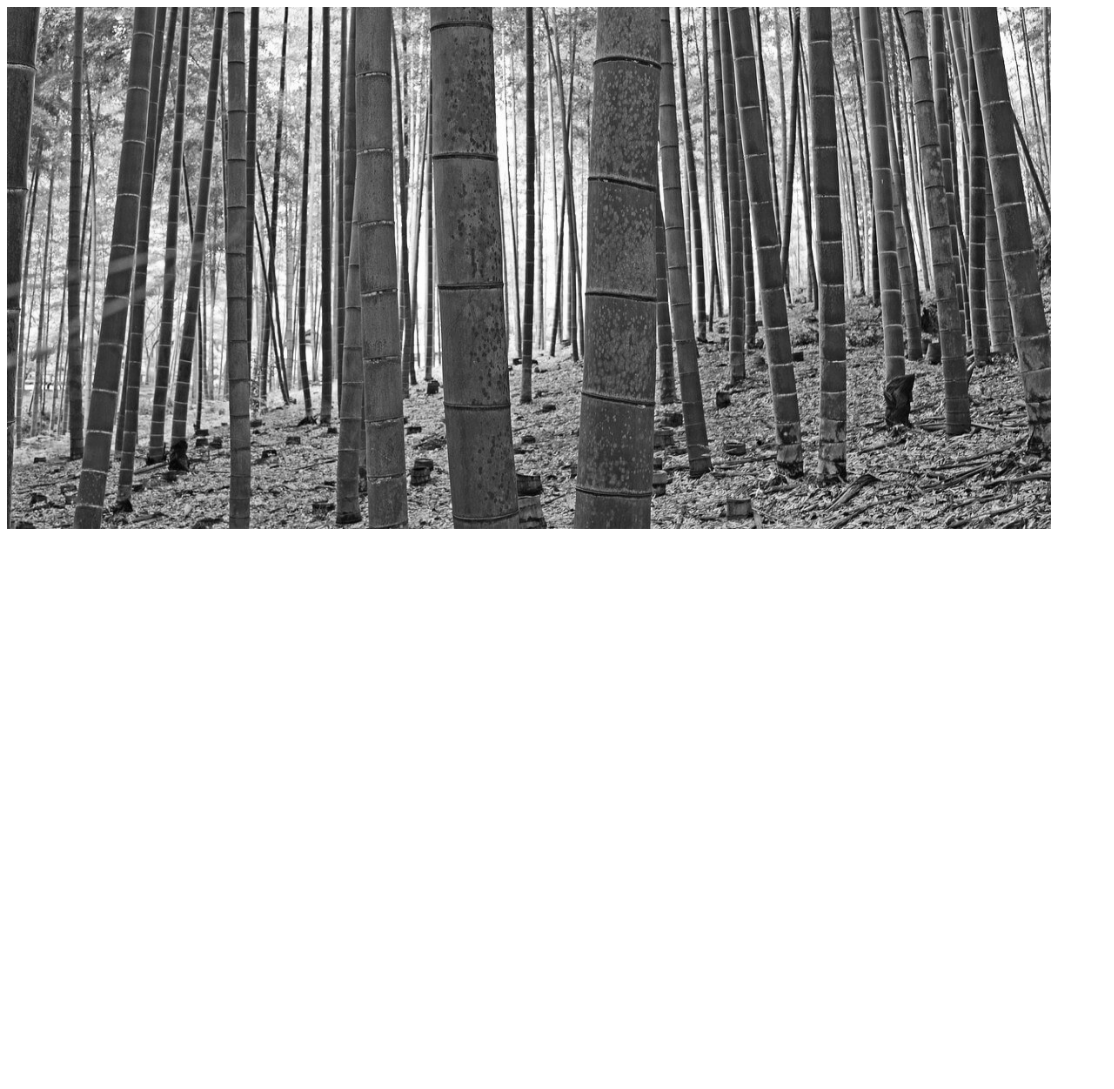
Repository: tanasa-mircea/playground
Page: canvas-filters/index.html
These files come from the project's save history. The page is drawn as it stood at one moment and after the next save; the edit follows.
The browser window is 1280 px wide. The pictures show the whole page, at 87% of full size.

Above is the page before, as saved 2019-02-08 11:24:56.

### canvas-filters/index.html
<!DOCTYPE html>
<html>
<head>
  <meta charset="utf-8">
  <meta http-equiv="X-UA-Compatible" content="IE=edge">
  <title>Page Title</title>
  <meta name="viewport" content="width=device-width, initial-scale=1">
</head>
<body>
  <canvas id="myCanvas"></canvas>
  <img id="bamboo" src="bamboo.jpg" style="visibility: hidden;">

  <script src="main.js"></script>
</body>
</html>

### canvas-filters/main.js
var config = {
  canvasWidth: 1200,
  canvasHeight: 600
}

var canvas,
    canvasContext,
    image,
    imageData;


function initCanvas() {
  canvas = document.getElementById("myCanvas");
  canvas.width = config.canvasWidth;
  canvas.height = config.canvasHeight;
  canvasContext = canvas.getContext("2d");
  image = document.getElementById("bamboo");
  canvasContext.drawImage(image, 0, 0, config.canvasWidth, config.canvasHeight);
  imageData = canvasContext.getImageData(0, 0, config.canvasWidth, config.canvasHeight);

  // applyFilter(makeGrayscale, imageData);
  // applyFilter(adjustBrightness, imageData, {
  //   change: 50
  // });
  applyFilter(makeSepia, imageData);
}

function applyFilter(filterFunction, data, options) {
  var mutatedPixels = filterFunction(data, options);
  canvasContext.putImageData(mutatedPixels, 0, 0);
}

function makeGrayscale(pixels) {
  var data = pixels.data;
  for (var i=0; i<data.length; i+=4) {
    var r = data[i];
    var g = data[i+1];
    var b = data[i+2];
    var mutatedColors = 0.2126*r + 0.7152*g + 0.0722*b;
    data[i] = data[i+1] = data[i+2] = mutatedColors
  }
  return pixels;
}

function adjustBrightness(pixels, options) {
  var data = pixels.data;
  for (var i=0; i<data.length; i+=4) {
    data[i] += options.change;
    data[i+1] += options.change;
    data[i+2] += options.change;
  }
  return pixels;
}

function makeSepia(pixels) {
  var data = pixels.data;
  for (var i=0; i<data.length; i+=4) {
    var r = data[i];
    var g = data[i+1];
    var b = data[i+2];
    var mutatedColors = 0.2126*r + 0.7152*g + 0.0722*b;
    data[i] = data[i+1] = data[i+2] = mutatedColors
  }
  return pixels;
}

window.onload = function() {
  initCanvas();
}

After the next save:
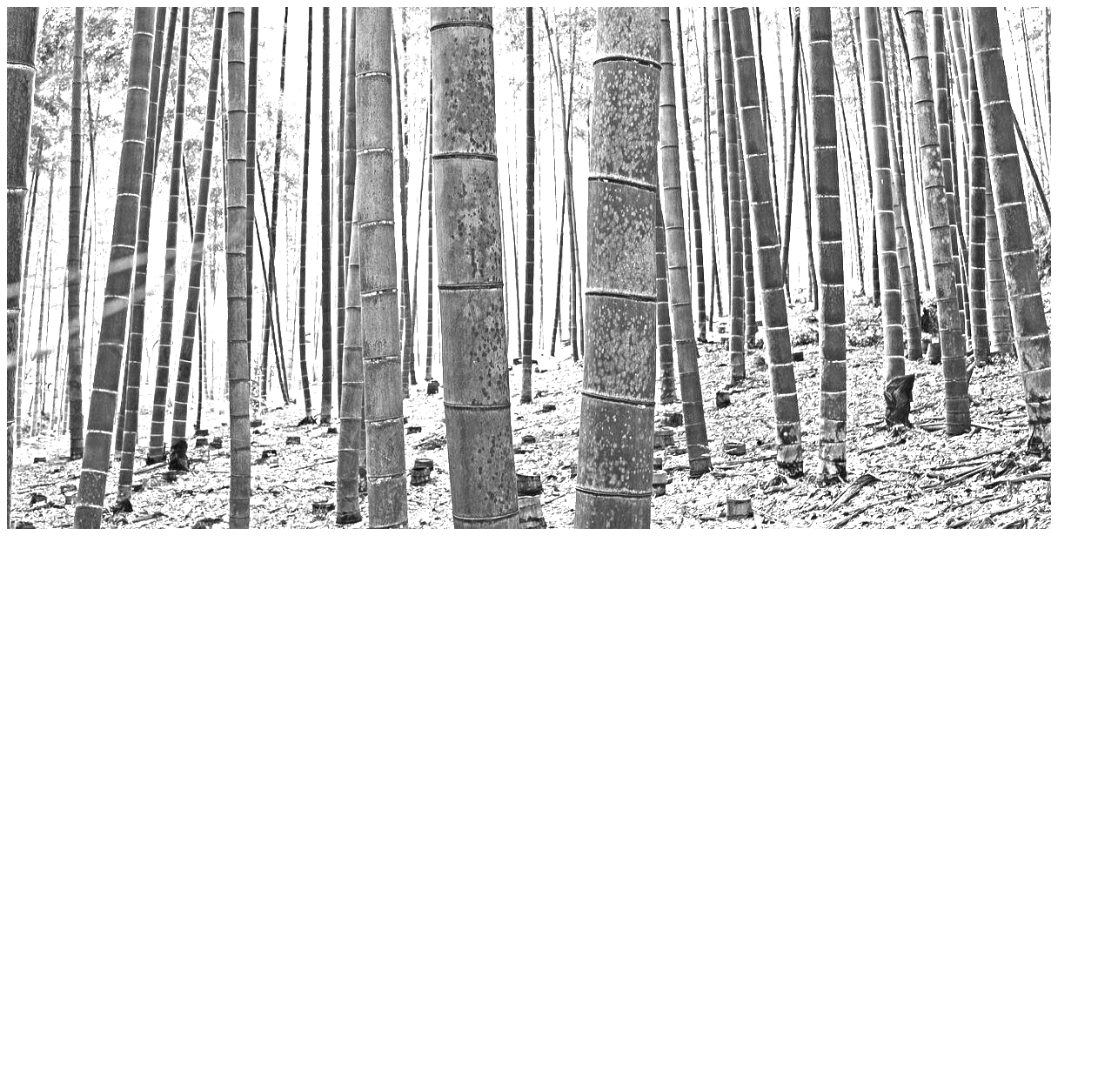
Saved 24 s later.
--- a/canvas-filters/main.js
+++ b/canvas-filters/main.js
@@ -58,7 +58,7 @@ function makeSepia(pixels) {
     var r = data[i];
     var g = data[i+1];
     var b = data[i+2];
-    var mutatedColors = 0.2126*r + 0.7152*g + 0.0722*b;
+    var mutatedColors = 0.5*r + 1*g + 1*b;
     data[i] = data[i+1] = data[i+2] = mutatedColors
   }
   return pixels;
